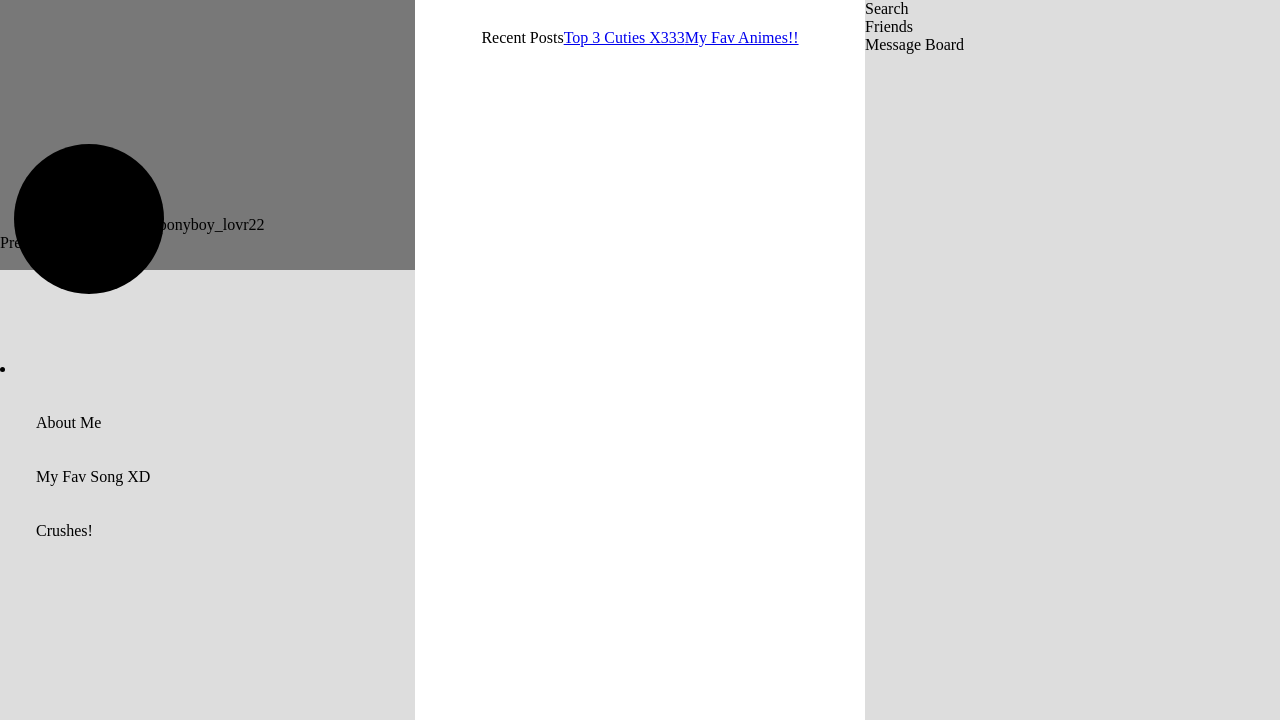
Repository: Jennica1/Frontend-Final
Page: index.html
An editor plug-in stored every save of this project. The page is shown before and after the next save, followed by the edit.
The browser window is 1280 px wide. The pictures show the whole page.

Above is the page before, as saved 2024-05-09 21:38:00.

After the next save:
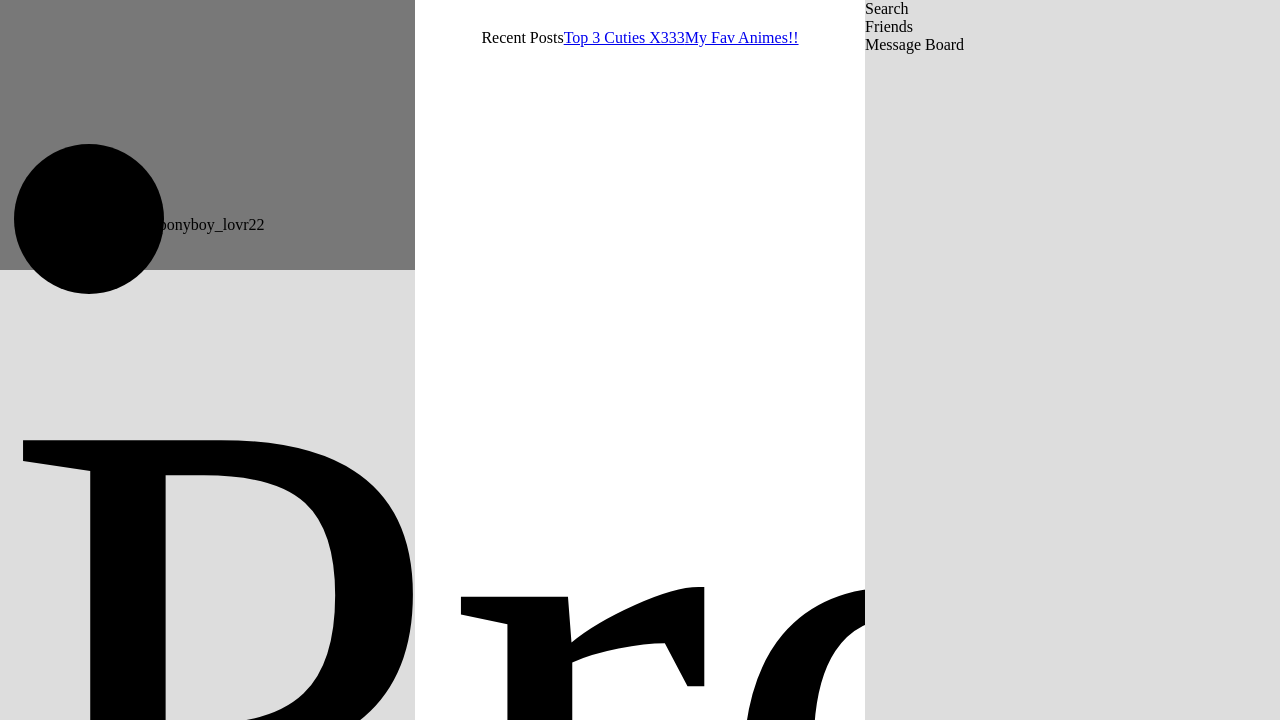
Saved 14 s later.
--- a/style.css
+++ b/style.css
@@ -35,7 +35,9 @@
   margin-top: 30vh;
   margin-left: 20vh;
 }
-
+.nickname {
+  font-size: 50pc;
+}
 .sidebar-list {
 margin-top: 15vh;
 }

After the save that followed:
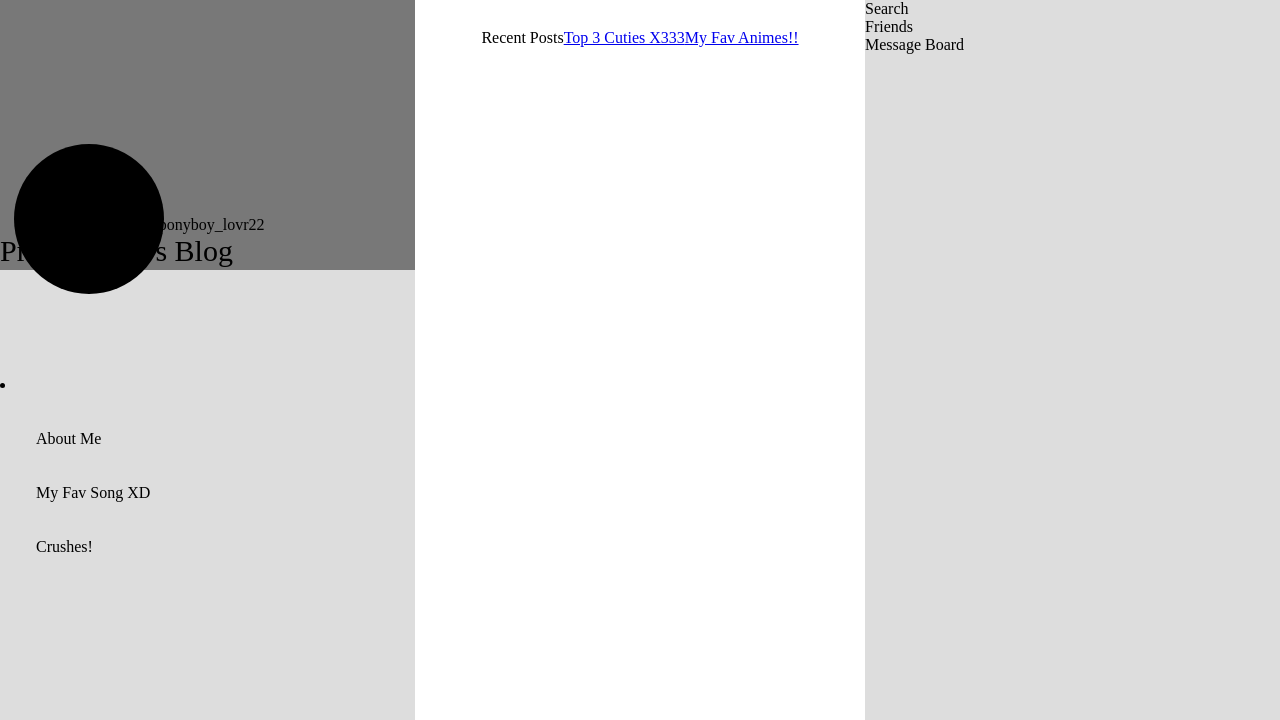
Saved 4 s later.
--- a/style.css
+++ b/style.css
@@ -36,7 +36,7 @@
   margin-left: 20vh;
 }
 .nickname {
-  font-size: 50pc;
+  font-size: 30px;
 }
 .sidebar-list {
 margin-top: 15vh;
